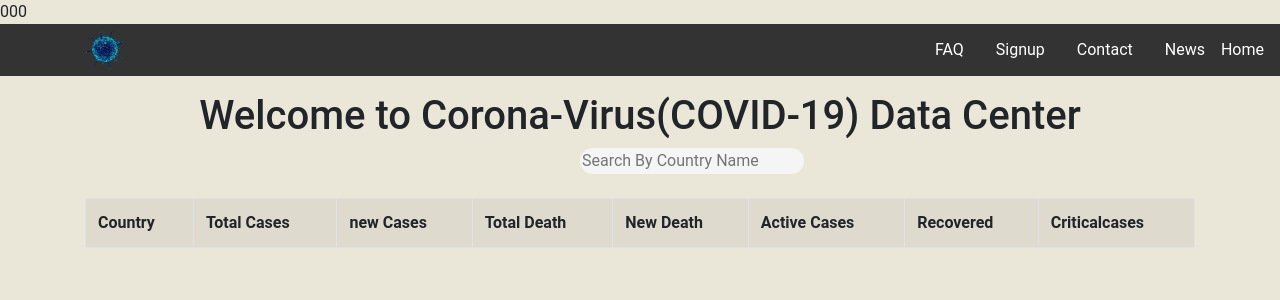
Repository: xthashankar/COVID-19-data-
Page: index.html
The author's editor kept a copy of each file at every save. The page is drawn from the files as they stood at one save, then again after the next save.
The browser window is 1280 px wide. The pictures show the whole page.
The page's requests for data from a server got no answer.

Above is the page before, as saved 2020-04-15 18:36:03.

After the next save:
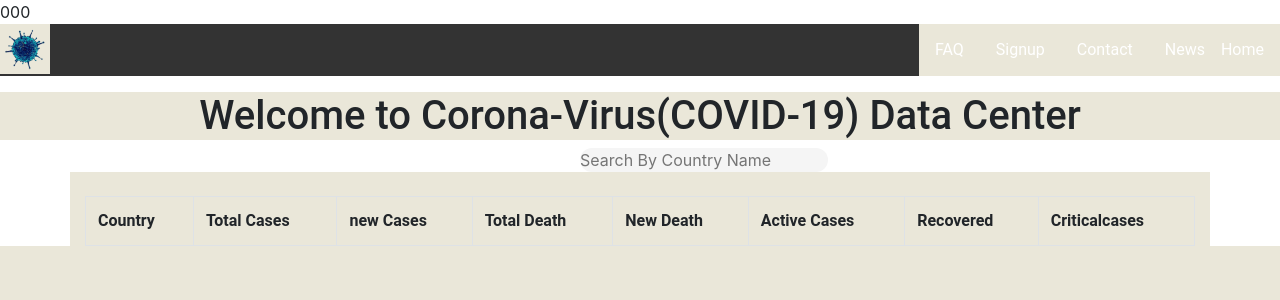
Saved 2 min 35 s later.
--- a/css/styles.css
+++ b/css/styles.css
@@ -1,5 +1,5 @@
 
-body {
+* {
 	font-family: 'Roboto', sans-serif;
 	background-color: #eae7d9;
 	margin: 0;

After the save that followed:
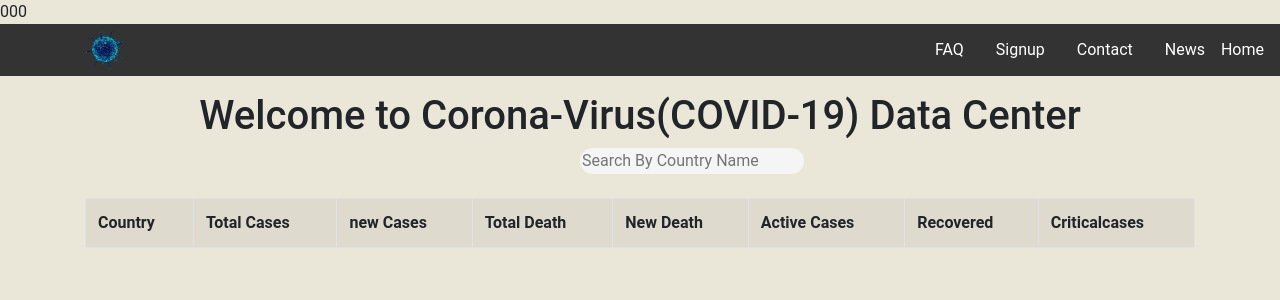
Saved 46 s later.
--- a/css/styles.css
+++ b/css/styles.css
@@ -1,5 +1,5 @@
 
-* {
+body {
 	font-family: 'Roboto', sans-serif;
 	background-color: #eae7d9;
 	margin: 0;
